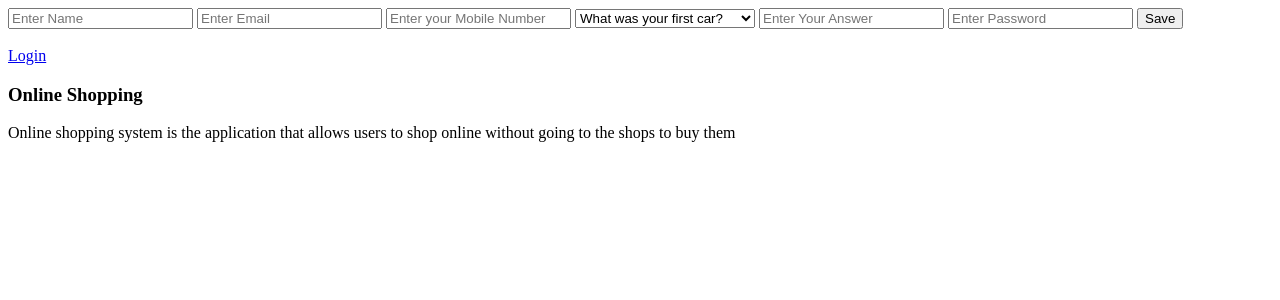
Repository: NidhiDaniel/E-Cart
Page: http://localhost/Online-Shopping-Cart/forgetpassword.jsp
The author's editor kept a copy of each file at every save. The page is drawn from the files as they stood at one save, then again after the next save.
The browser window is 1280 px wide. The pictures show the whole page.
The page is served by Tomcat 9. Other server files are loaded and not shown.

Above is the page before, as saved 2024-01-05 08:38:48.

### Online-Shopping-Cart/src/main/webapp/forgetpassword.jsp
<%@ page language="java" contentType="text/html; charset=ISO-8859-1"
    pageEncoding="ISO-8859-1"%>
<!DOCTYPE html>
<html>
<head>
<meta charset="ISO-8859-1">
<title>Forget Password</title>
</head>
<body>
	<div class="container">
		<div class="left-div">
			<form action="forgetPwdAction.jsp" method="post">
				<input type="text" name="name" placeholder="Enter Name">
				<input type="email"name="email" placeholder="Enter Email">
				<input type="number" name="mobile" placeholder="Enter your Mobile Number">
				<select name="security_question">
					<option>What was your first car?</option>
					<option>What is your first school?</option>
					<option>What is your pet name?</option>
					<option>Who was your best friend?</option>
				</select>
				<input type="text" name="answer" placeholder="Enter Your Answer">
				<input type="password"
					name="new-password" placeholder="Enter Password">
				<input type="submit" value="Save">
			</form><br>
			<a href="login.jsp">Login</a>
		</div>
		<div class="right-div">
		   <%
            String msgParam = request.getParameter("msg");
            if (msgParam != null && msgParam.equals("valid")) {
            %>
                <p class='success-msg'>Successfully Added the Users</p>
            <%
            } else if (msgParam != null && msgParam.equals("invalid")) {
            %>
                <p class='failure-msg'>Sorry..! Error occurred. Try Again</p>
            <%
            }
            %>
		 <h3>Online Shopping</h3>
		 <p>Online shopping system is the application that allows users to shop online without going to the shops
		 to buy them</p>
		</div>
	</div>
</body>
</html>

After the next save:
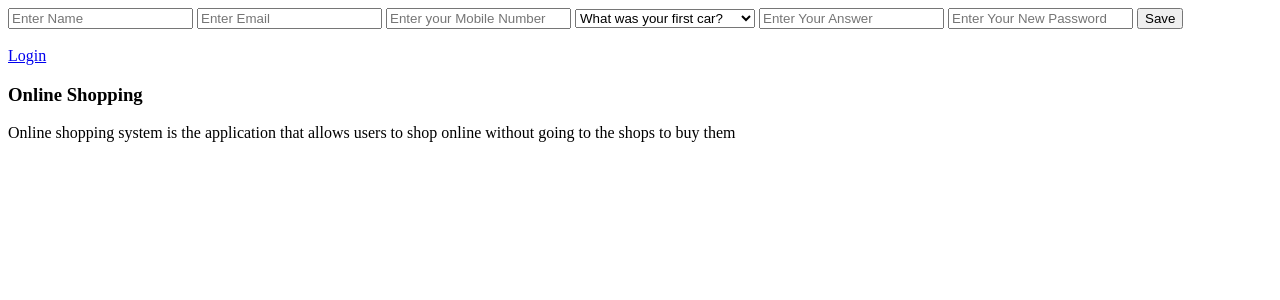
Saved 25 s later.
--- a/Online-Shopping-Cart/src/main/webapp/forgetpassword.jsp
+++ b/Online-Shopping-Cart/src/main/webapp/forgetpassword.jsp
@@ -21,7 +21,7 @@
 				</select>
 				<input type="text" name="answer" placeholder="Enter Your Answer">
 				<input type="password"
-					name="new-password" placeholder="Enter Password">
+					name="new-password" placeholder="Enter Your New Password">
 				<input type="submit" value="Save">
 			</form><br>
 			<a href="login.jsp">Login</a>
